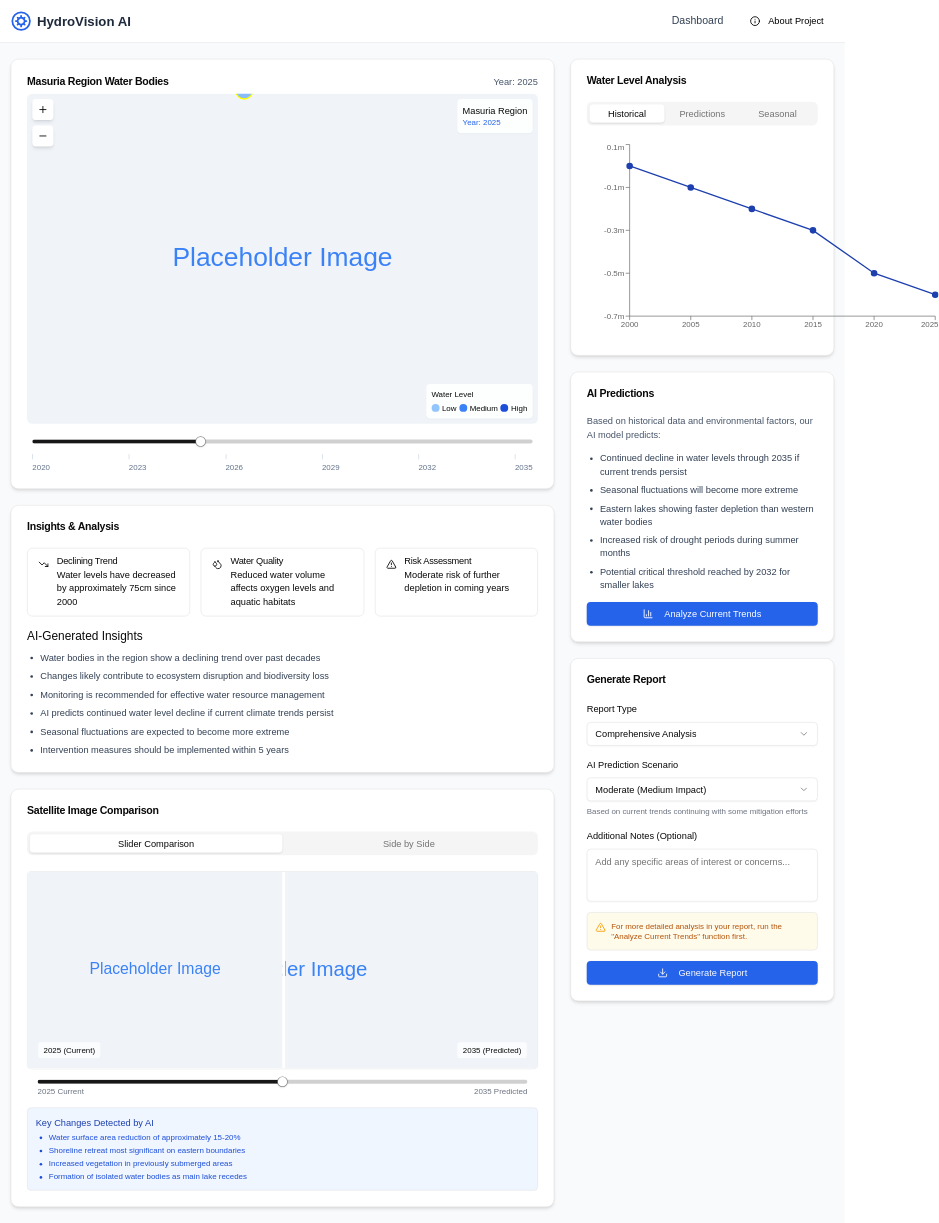
Repository: Rayyy-dev/HydroVision-AI
Page: / (app in hydrovision-ai/)
The author's editor kept a copy of each file at every save. The page is drawn from the files as they stood at one save, then again after the next save.
The browser window is 1280 px wide. The page is 1422 px wide, then 1280 px, so the pictures cover 1422 px, including what lies to the right of the window. The pictures show the whole page, at 66% of full size.
The project was rebuilt for these pictures with package versions that can differ from the ones it lists, and the page was loaded fresh each time. The framework's server and built-in components were replaced by stand-ins that run in the browser. Also part of the build but not shown: hydrovision-ai/next.config.js, hydrovision-ai/next.config.mjs, hydrovision-ai/components/prediction-chart.tsx, hydrovision-ai/components/about-project.tsx, hydrovision-ai/components/seasonal-analysis.tsx, hydrovision-ai/components/ui/skeleton.tsx, hydrovision-ai/components/loading-dashboard.tsx.

Above is the page before, as saved 2025-05-10 16:34:30.

After the next save:
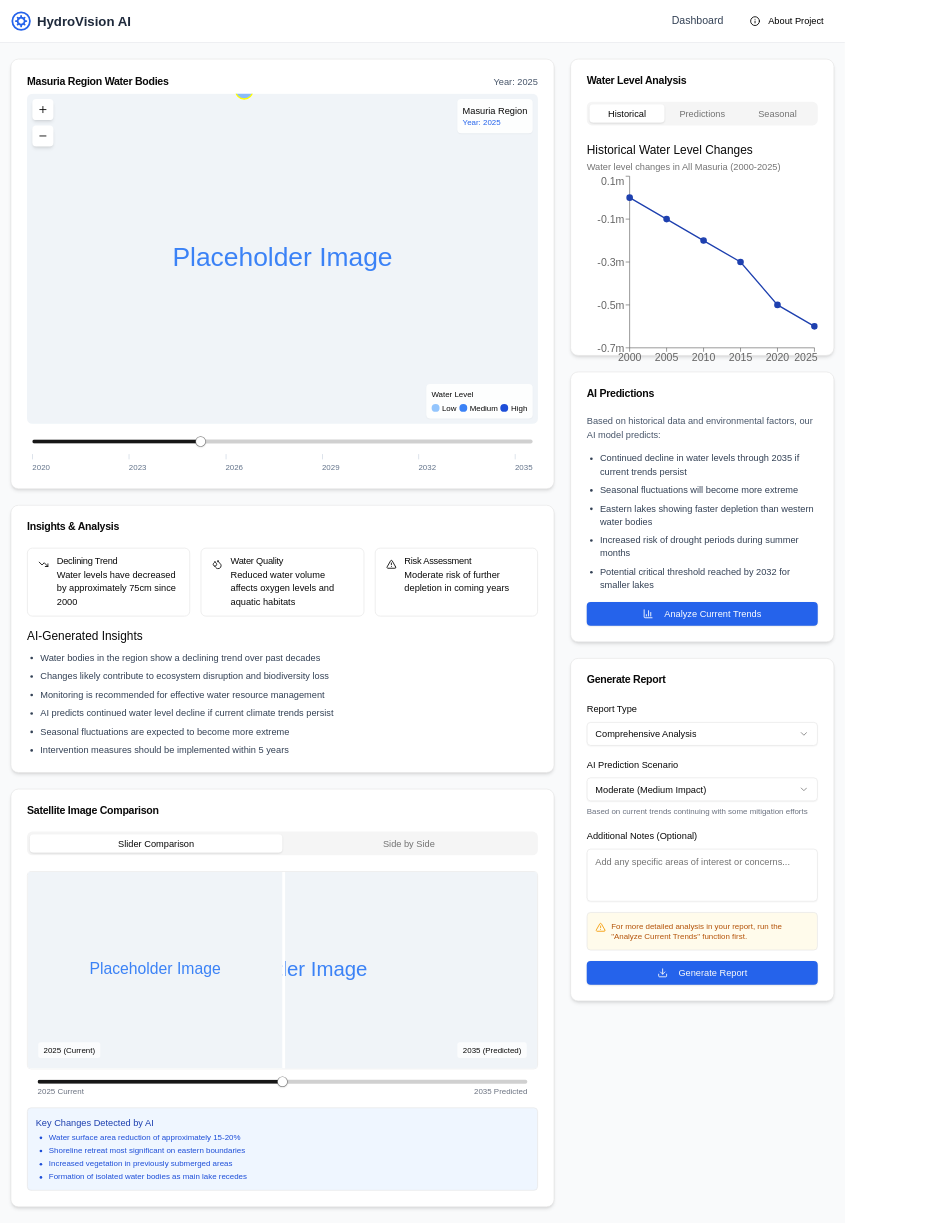
Saved 32 s later.
--- a/hydrovision-ai/components/ui/chart.tsx
+++ b/hydrovision-ai/components/ui/chart.tsx
@@ -381,8 +381,28 @@ const Chart = React.forwardRef<
 })
 Chart.displayName = "Chart"
 
+// Add a simpler ChartContainer definition that accepts title and description props
+const SimpleChartContainer = React.forwardRef<
+  HTMLDivElement,
+  React.ComponentProps<"div"> & {
+    title: string
+    description: string
+    children: React.ReactNode
+  }
+>(({ title, description, className, children, ...props }, ref) => {
+  return (
+    <div ref={ref} className={cn(className)} {...props}>
+      <h3 className="text-lg font-medium">{title}</h3>
+      <p className="text-sm text-neutral-500 dark:text-neutral-400">{description}</p>
+      {children}
+    </div>
+  )
+})
+SimpleChartContainer.displayName = "ChartContainer"
+
+// Update export section
 export {
-  ChartContainer,
+  SimpleChartContainer as ChartContainer,
   Chart,
   ChartTooltip,
   ChartTooltipContent,
